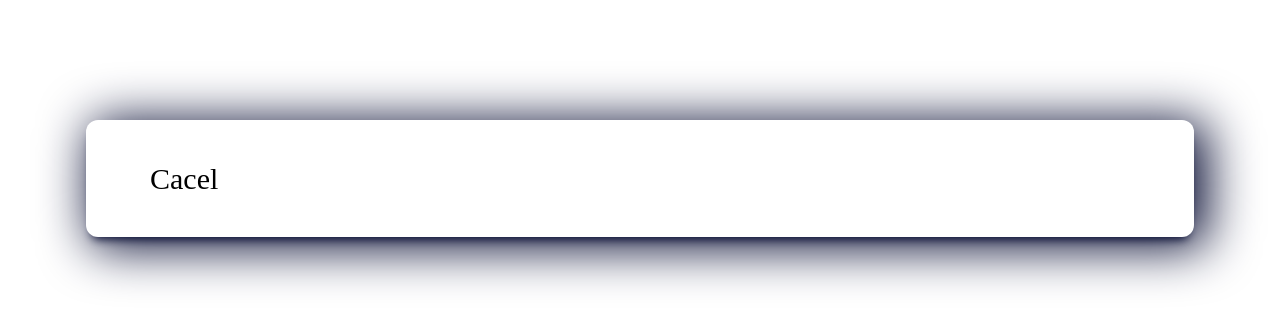
Repository: trantrang2101/CV
Page: index.html
An editor plug-in stored every save of this project. The page is shown before and after the next save, followed by the edit.
The browser window is 1280 px wide. The pictures show the whole page.
Some web fonts or font styles are not loaded; a fallback is used.

Above is the page before, as saved 2022-07-13 18:18:58.
Console error: TypeError: Cannot read properties of null (reading 'addEventListener')

### index.html
<!DOCTYPE html>
<html lang="en" class="scroll-smooth">

<head>
    <meta charset="UTF-8" />
    <meta http-equiv="X-UA-Compatible" content="IE=edge" />
    <meta name="viewport" content="width=device-width, initial-scale=1.0" />
    <title>
        Play | Free Tailwind CSS Template for Startup and SaaS By TailGrids
    </title>
    <link rel="shortcut icon" href="assets/images/favicon.png" type="image/x-icon" />
    <link rel="stylesheet" href="assets/css/animate.css" />
    <link rel="stylesheet" href="assets/css/tailwind.css" />
    <link rel="stylesheet" href="assets/css/style.css" />

    <script src="assets/js/wow.min.js"></script>
    <script>
        new WOW().init();
    </script>
</head>

<body>
    <section id="home" class="pt-20 lg:pt-[120px] pb-20 lg:pb-[120px]">
        <div class="container">
            <div class="bg-white shadow-xl shadow-dark dark:shadow-xl dark:shadow-light wow fadeInUp rounded-xl"
                data-wow-delay=".2s" style="visibility: visible; animation-delay: 0.2s">
                <div
                    class="flex -mx-4 items-center justify-between relative lg:max-w-[565px] xl:max-w-[640px] w-full py-12 px-7 sm:px-12 md:p-16 lg:py-9 lg:px-16 xl:p-[30px]">
                    <div class="px-4 w-60 max-w-full">
                        <a href="index.html" class="navbar-logo w-full block py-5">
                            <h1 class="font-script">Cacel</h1>
                        </a>
                    </div>
                    <div class="flex px-4 justify-between items-center w-full">
                        <div>
                            <nav
                                class="absolute py-5 lg:py-0 lg:px-4 xl:px-6 bg-white lg:bg-transparent shadow-lg rounded-lg max-w-[250px] w-full lg:max-w-full lg:w-full right-4 top-full hidden lg:block lg:static lg:shadow-none">
                                <ul class="blcok lg:flex">
                                    <li class="relative group">
                                        <a href="#home"
                                            class="ud-menu-scroll text-base text-dark lg:text-white lg:group-hover:opacity-70 lg:group-hover:text-white group-hover:text-primary py-2 lg:py-6 lg:inline-flex lg:px-0 flex mx-8 lg:mr-0">
                                            Home
                                        </a>
                                    </li>
                                    <li class="relative group">
                                        <a href="#about"
                                            class="ud-menu-scroll text-base text-dark lg:text-white lg:group-hover:opacity-70 lg:group-hover:text-white group-hover:text-primary py-2 lg:py-6 lg:inline-flex lg:px-0 flex mx-8 lg:mr-0 lg:ml-7 xl:ml-12">
                                            About
                                        </a>
                                    </li>
                                    <li class="relative group">
                                        <a href="#pricing"
                                            class="ud-menu-scroll text-base text-dark lg:text-white lg:group-hover:opacity-70 lg:group-hover:text-white group-hover:text-primary py-2 lg:py-6 lg:inline-flex lg:px-0 flex mx-8 lg:mr-0 lg:ml-7 xl:ml-12">
                                            Pricing
                                        </a>
                                    </li>
                                    <li class="relative group">
                                        <a href="#team"
                                            class="ud-menu-scroll text-base text-dark lg:text-white lg:group-hover:opacity-70 lg:group-hover:text-white group-hover:text-primary py-2 lg:py-6 lg:inline-flex lg:px-0 flex mx-8 lg:mr-0 lg:ml-7 xl:ml-12">
                                            Team
                                        </a>
                                    </li>
                                    <li class="relative group">
                                        <a href="#contact"
                                            class="ud-menu-scroll text-base text-dark lg:text-white lg:group-hover:opacity-70 lg:group-hover:text-white group-hover:text-primary py-2 lg:py-6 lg:inline-flex lg:px-0 flex mx-8 lg:mr-0 lg:ml-7 xl:ml-12">
                                            Contact
                                        </a>
                                    </li>
                                </ul>
                            </nav>
                        </div>
                    </div>
                </div>
            </div>
        </div>
    </section>
    <script src="assets/js/main.js"></script>
    <script>
        const pageLink = document.querySelectorAll(".ud-menu-scroll");
        pageLink.forEach((elem) => {
            elem.addEventListener("click", (e) => {
                e.preventDefault();
                document.querySelector(elem.getAttribute("href")).scrollIntoView({
                    behavior: "smooth",
                    offsetTop: 1 - 60,
                });
            });
        });

        // section menu active
        function onScroll(event) {
            const sections = document.querySelectorAll(".ud-menu-scroll");
            const scrollPos =
                window.pageYOffset ||
                document.documentElement.scrollTop ||
                document.body.scrollTop;

            for (let i = 0; i < sections.length; i++) {
                const currLink = sections[i];
                const val = currLink.getAttribute("href");
                const refElement = document.querySelector(val);
                const scrollTopMinus = scrollPos + 73;
                if (
                    refElement.offsetTop <= scrollTopMinus &&
                    refElement.offsetTop + refElement.offsetHeight > scrollTopMinus
                ) {
                    document
                        .querySelector(".ud-menu-scroll")
                        .classList.remove("active");
                    currLink.classList.add("active");
                } else {
                    currLink.classList.remove("active");
                }
            }
        }

        window.document.addEventListener("scroll", onScroll);
    </script>
</body>

</html>

### assets/css/style.css
body,
html {
  position: absolute;
  width: 100%;
  height: 100%;
  left: 0px;
  top: 0px;
  /* background: linear-gradient(180deg, #ffc0ce 0%, #6de2fe 100%); */
}
.font-script {
  font-family: "Imperial Script";
}
h1.font-script {
  font-size: 30px;
}

### assets/js/main.js
(function () {
  "use strict";

  // ======= Sticky
  window.onscroll = function () {
    const ud_header = document.querySelector(".ud-header");
    const sticky = ud_header.offsetTop;
    const logo = document.querySelector(".header-logo");

    if (window.pageYOffset > sticky) {
      ud_header.classList.add("sticky");
    } else {
      ud_header.classList.remove("sticky");
    }

    // === logo change
    if (ud_header.classList.contains("sticky")) {
      logo.src = "assets/images/logo/logo.svg";
    } else {
      logo.src = "assets/images/logo/logo-white.svg";
    }

    // show or hide the back-top-top button
    const backToTop = document.querySelector(".back-to-top");
    if (
      document.body.scrollTop > 50 ||
      document.documentElement.scrollTop > 50
    ) {
      backToTop.style.display = "flex";
    } else {
      backToTop.style.display = "none";
    }
  };

  // ===== responsive navbar
  let navbarToggler = document.querySelector("#navbarToggler");
  const navbarCollapse = document.querySelector("#navbarCollapse");

  navbarToggler.addEventListener("click", () => {
    navbarToggler.classList.toggle("navbarTogglerActive");
    navbarCollapse.classList.toggle("hidden");
  });

  //===== close navbar-collapse when a  clicked
  document
    .querySelectorAll("#navbarCollapse ul li:not(.submenu-item) a")
    .forEach((e) =>
      e.addEventListener("click", () => {
        navbarToggler.classList.remove("navbarTogglerActive");
        navbarCollapse.classList.add("hidden");
      })
    );

  // ===== Sub-menu
  const submenuItems = document.querySelectorAll(".submenu-item");
  submenuItems.forEach((el) => {
    el.querySelector("a").addEventListener("click", () => {
      el.querySelector(".submenu").classList.toggle("hidden");
    });
  });

  // ===== Faq accordion
  const faqs = document.querySelectorAll(".single-faq");
  faqs.forEach((el) => {
    el.querySelector(".faq-btn").addEventListener("click", () => {
      el.querySelector(".icon").classList.toggle("rotate-180");
      el.querySelector(".faq-content").classList.toggle("hidden");
    });
  });

  // ===== wow js
  new WOW().init();

  // ====== scroll top js
  function scrollTo(element, to = 0, duration = 500) {
    const start = element.scrollTop;
    const change = to - start;
    const increment = 20;
    let currentTime = 0;

    const animateScroll = () => {
      currentTime += increment;

      const val = Math.easeInOutQuad(currentTime, start, change, duration);

      element.scrollTop = val;

      if (currentTime < duration) {
        setTimeout(animateScroll, increment);
      }
    };

    animateScroll();
  }

  Math.easeInOutQuad = function (t, b, c, d) {
    t /= d / 2;
    if (t < 1) return (c / 2) * t * t + b;
    t--;
    return (-c / 2) * (t * (t - 2) - 1) + b;
  };

  document.querySelector(".back-to-top").onclick = () => {
    scrollTo(document.documentElement);
  };
})();

Loaded but not shown: assets/css/animate.css (library); assets/css/tailwind.css (library); assets/js/wow.min.js (library)

After the next save:
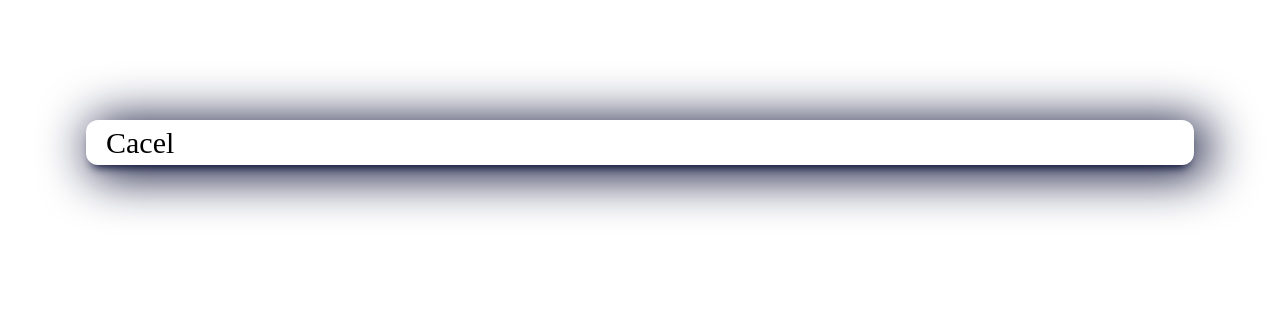
Saved 80 s later.
--- a/index.html
+++ b/index.html
@@ -25,7 +25,7 @@
             <div class="bg-white shadow-xl shadow-dark dark:shadow-xl dark:shadow-light wow fadeInUp rounded-xl"
                 data-wow-delay=".2s" style="visibility: visible; animation-delay: 0.2s">
                 <div
-                    class="flex -mx-4 items-center justify-between relative lg:max-w-[565px] xl:max-w-[640px] w-full py-12 px-7 sm:px-12 md:p-16 lg:py-9 lg:px-16 xl:p-[30px]">
+                    class="flex -mx-4 items-center justify-between relative lg:max-w-[565px] xl:max-w-[640px] w-full py-8 px-5 sm:px-8 md:p-10 lg:py-5 lg:px-10 xl:p-[30px]">
                     <div class="px-4 w-60 max-w-full">
                         <a href="index.html" class="navbar-logo w-full block py-5">
                             <h1 class="font-script">Cacel</h1>
